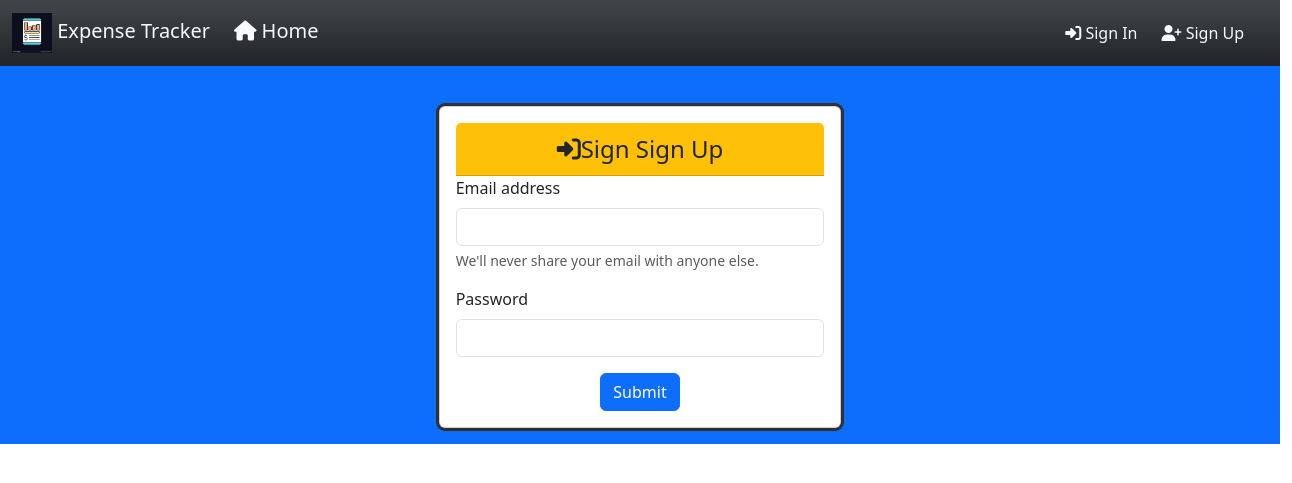
Repository: Gaurav560/OnlineExpenseTracker
Page: http://localhost/Online_Expense_Tracker/login.jsp
An editor plug-in stored every save of this project. The page is shown before and after the next save, followed by the edit.
The browser window is 1280 px wide. The page is 1292 px wide, so the pictures cover 1292 px, including what lies to the right of the window. The pictures show the whole page.
The page is served by Tomcat 9.

Above is the page before, as saved 2023-05-04 15:21:37.

After the next save:
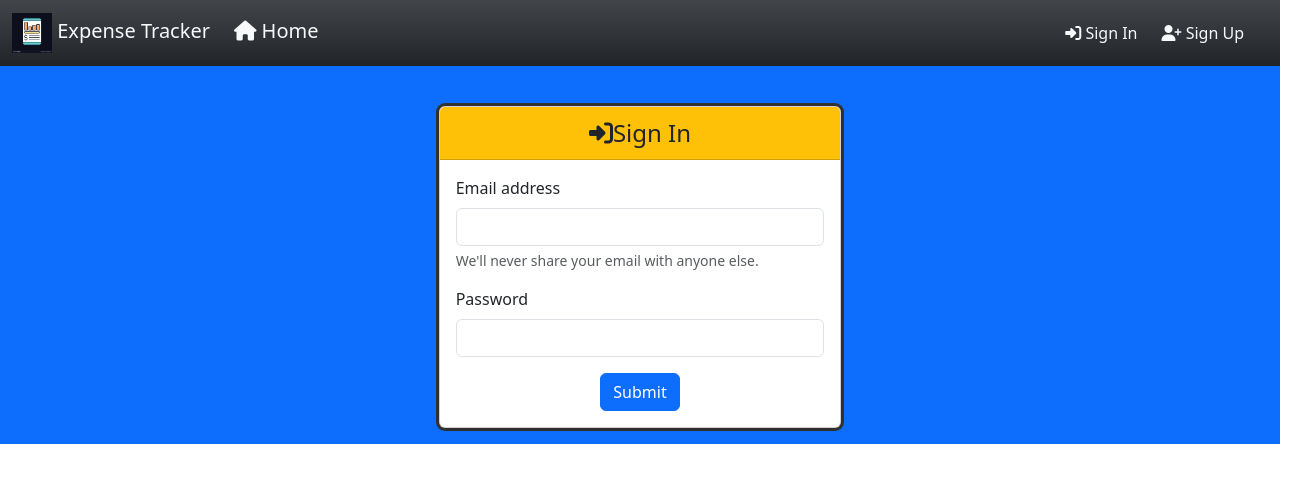
Saved 57 s later.
--- a/Online_Expense_Tracker/src/main/webapp/login.jsp
+++ b/Online_Expense_Tracker/src/main/webapp/login.jsp
@@ -19,10 +19,12 @@
 			<div class="col-md-4 offset-md-4 p-3 ">
 				<div class="card mt-4"
 					style="box-shadow: rgba(0, 0, 0, 0.16) 0px 1px 4px, rgb(51, 51, 51) 0px 0px 0px 3px;">
+
+					<div class="card-header bg-warning fs-4 text-center">
+							<i class="fa-solid fa-right-to-bracket"></i>Sign In
+						</div>
 					<div class="card-body">
-						<div class="card-header bg-warning fs-4 text-center">
-							<i class="fa-solid fa-right-to-bracket"></i>Sign Sign Up
-						</div>
+
 
 
 						<form>
